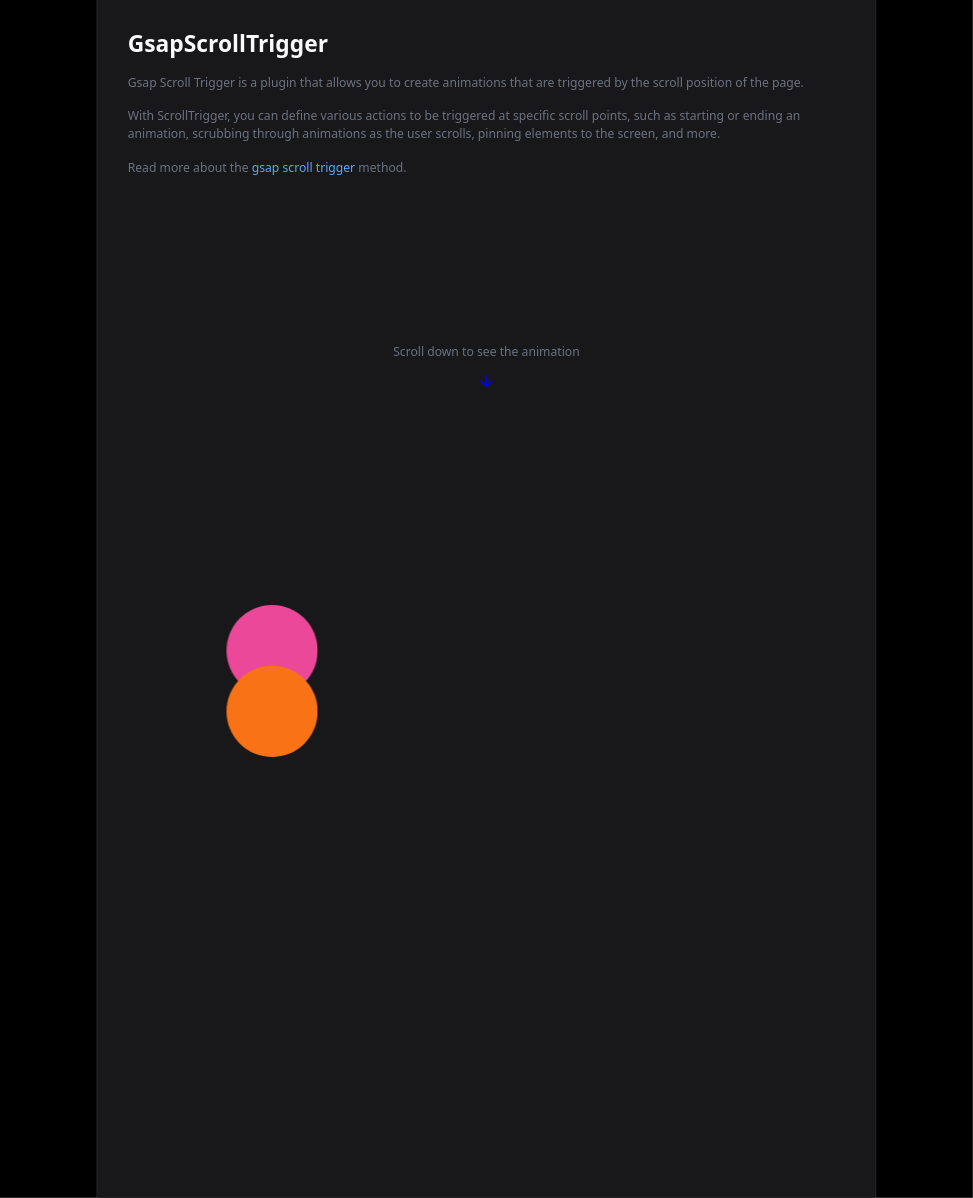
Repository: mgoyeghiaian/gsap-Starter
Page: /gsapscrolltrigger
The author's editor kept a copy of each file at every save. The page is drawn from the files as they stood at one save, then again after a run of saves.
The browser window is 1280 px wide. The pictures show the whole page, at 76% of full size.
The project was rebuilt for these pictures with package versions that can differ from the ones it lists, and the page was loaded fresh each time. Also part of the build but not shown: vite.config.js, src/pages/Home.jsx, src/pages/GsapTo.jsx, src/pages/GsapFrom.jsx, src/pages/GsapFromTo.jsx, src/pages/GsapStagger.jsx, src/pages/GsapTimeline.jsx, src/pages/GsapText.jsx.

Above is the page before, as saved 2024-03-18 00:07:25.

After the next 4 saves:
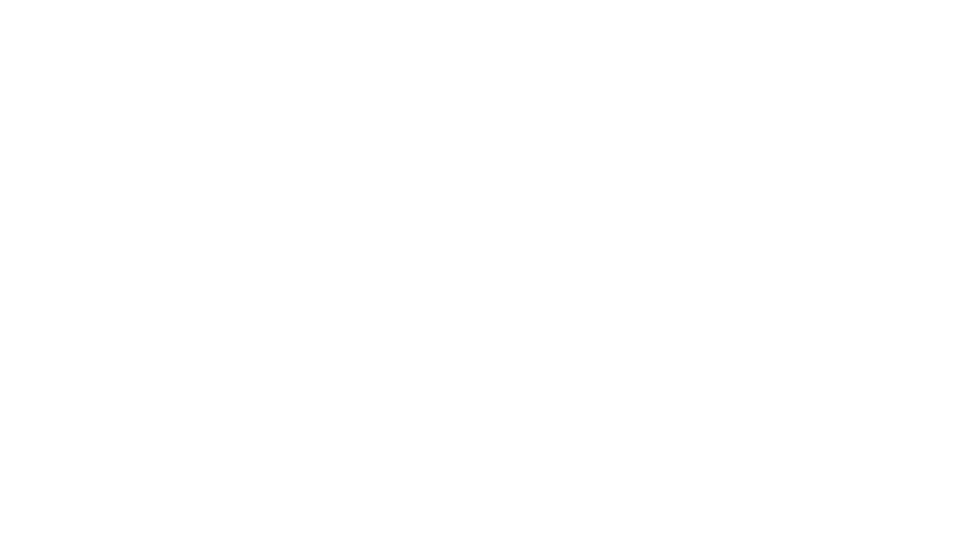
Console error: ReferenceError: tr is not defined
The 4 saves are shown as one change because they came seconds apart.
The last was saved 24 s later.
--- a/src/pages/GsapScrollTrigger.jsx
+++ b/src/pages/GsapScrollTrigger.jsx
@@ -15,6 +15,9 @@
         rotation: 360,
         borderRadius: '100%',
         scale: 1.5,
+        scrollTrigger:{
+          tr
+        }
       })
     })
   }, [])

After the 2 saves that followed:
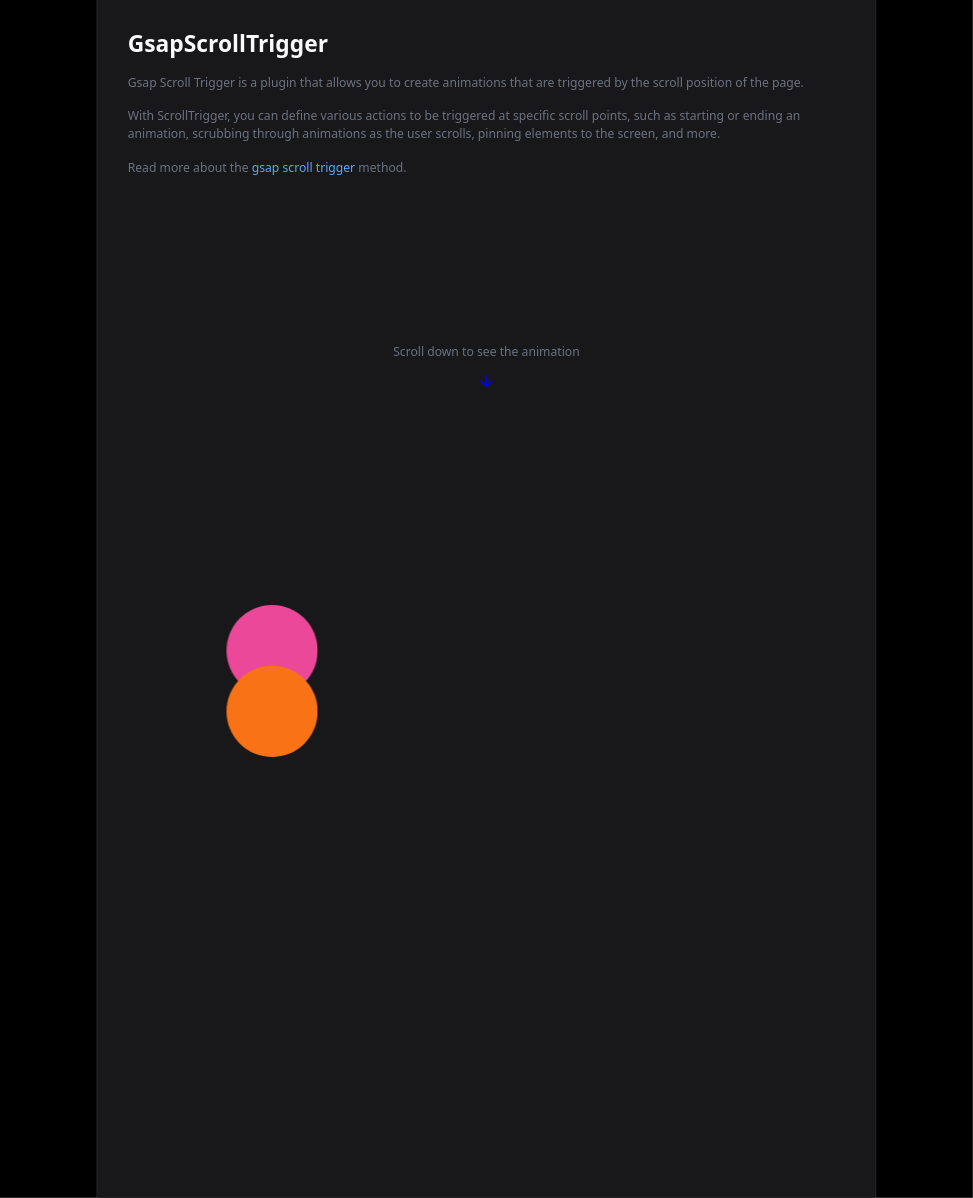
The error is gone.
The 2 saves are shown as one change because they came seconds apart.
The last was saved 8 s later.
--- a/src/pages/GsapScrollTrigger.jsx
+++ b/src/pages/GsapScrollTrigger.jsx
@@ -15,8 +15,8 @@
         rotation: 360,
         borderRadius: '100%',
         scale: 1.5,
-        scrollTrigger:{
-          tr
+        scrollTrigger: {
+          trigger: box
         }
       })
     })
